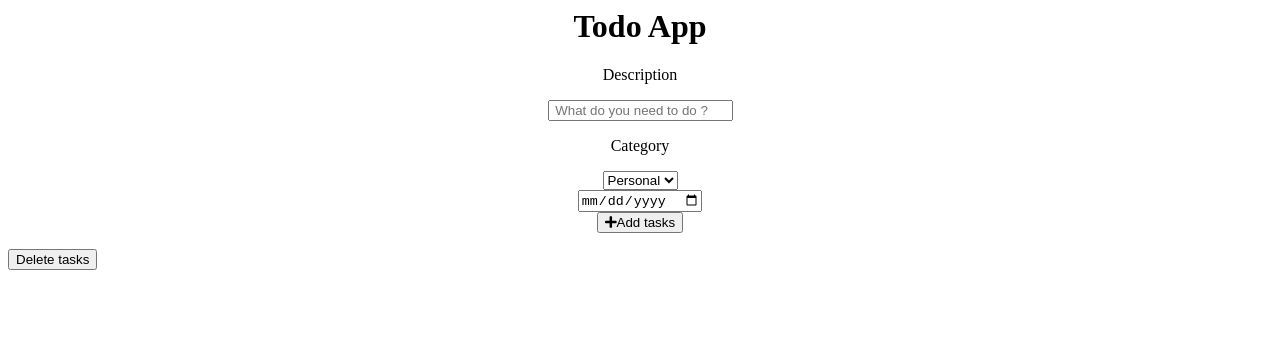
Repository: Sayan-100/Todo-List
Page: http://localhost/
An editor plug-in stored every save of this project. The page is shown before and after the next save, followed by the edit.
The browser window is 1280 px wide. The pictures show the whole page.
Some web libraries are served in a nearby version. The page is served by the project's Node server (index.js). Other server files are loaded and not shown. Queries for data that is not in the repository find no rows.

Above is the page before, as saved 2021-12-29 18:35:09.
Not found: js/home.js

### views/home.ejs
<html>

<head>
    <title>
        <%= title %>
    </title>

    <link rel="stylesheet" href="/css/style.css">
    <link rel="stylesheet" href="https://use.fontawesome.com/releases/v5.5.0/css/all.css" integrity="sha384-B4dIYHKNBt8Bc12p+WXckhzcICo0wtJAoU8YZTY5qE0Id1GSseTk6S+L3BlXeVIU" crossorigin="anonymous">

</head>

<body>

    <div class="container">
        <h1> Todo App </h1>
        <form id="create-todo" action="/create_todo" method="POST">
            <div class="description">
                <p>Description</p>
                <input type="text" name="Description" placeholder=" What do you need to do ?" required>
            </div>

            <div class="options">

                <div class="cat">
                    <p>Category</p>
                    <select name="Category" required>
                    <option>Personal</option>
                    <option>Work</option>
                    <option>Cleaning</option>
                    <option>School</option>
                    <option> others</option>
                    </select>
                </div>

                <div class="date">
                    <input type="date" id="birthday " name="DueDate">
                </div>
            </div>
            <button type="submit" form="create-todo"><i class="fas fa-plus"></i>Add tasks</button>

        </form>


        <button type="submit" form="delete-form">Delete tasks</button>

        <!-- form attribute is used to link the button with the form  by specifying the id -->

        <form id="delete-form" action="/delete-todo" method="POST">
            <ul>
                <% for(let i of todo_list) {%>
                    <li class="todo">
                        <input type="checkbox" name="<%=i._id%>" value="">
                        <!-- name attribute is used to take id of selected to do list from the from tag to the controller-->
                        <div class="details">
                            <p>
                                <%= i.Description %>
                            </p>
                            <p>
                                <button><%= i.Category %></button>
                            </p>

                            <p>

                                <%= i.DueDate  %>
                            </p>
                        </div>
                    </li>
                    <% } %>
            </ul>

        </form>
    </div>



    <script type="text/javascript" src="/js/home.js">
    </script>

</body>

</html>

### index.js
const express = require('express');
const path = require('path');
const port = 8000;

const db = require('./config/mongoose');
const to_do = require('./models/to-do');

const app = express();

app.set('view engine', 'ejs');
app.set('views', path.join(__dirname, 'views'));

app.use(express.urlencoded());
app.use(express.static('assests'));
app.get('/', function(req, res) {

    //res.send('<h1>cool it is running or is it ?</h1>')
    to_do.find({}, function(err, todos) {
        if (err) {
            console.log('Error in fetching todo from db');
            return;
        }

        return res.render('home', {
            title: "My todo List",
            todo_list: todos
        });
    });

});

app.post('/delete-todo', function(req, res) {
    let id = req.query.id;
    Object.keys(req.body).forEach(function(id) {
        to_do.findByIdAndDelete(id, function(err) {
            if (err) {
                console.log('Error in deleting a object form database');
                return;
            }
        });
        return res.redirect('back');
    })
});

//   to_do.findByIdAndDelete(id, function(err) {
//         if (err) {
//             console.log('Error in deleting a object form database');
//             return;
//         }

//         return res.redirect('back');
//})
app.post('/create_todo', function(req, res) {

    let date = "NO DEADLINE";
    console.log('**********', date);
    if (req.body.DueDate) {
        date = req.body.DueDate;
    }

    to_do.create({
        Description: req.body.Description,
        Category: req.body.Category,
        DueDate: date

    }, function(err, newTodo) {

        if (err) {
            console.log('Error in creating a todo');
            return;
        }

        console.log('**********', newTodo);
        return res.redirect('back');

    });
});


app.listen(port, function(err) {
    if (err) {
        console.log('Error in running server');
    }

    console.log('Yup! my server is running on port', port);
});

### assests/css/style.css
h1 {
    text-align: center;
}

form {
    text-align: center;
}

li {
    list-style: none;
}

input {
    display: inline-block;
}

After the next save:
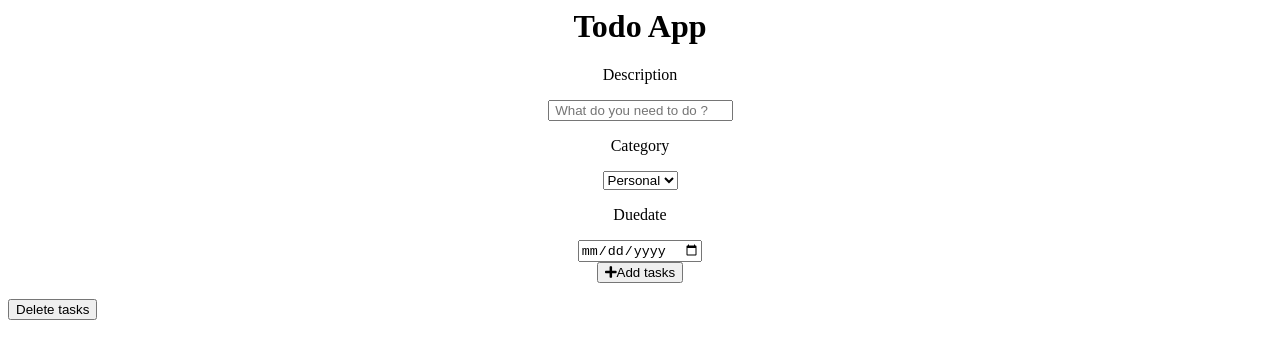
Saved 7 s later.
--- a/views/home.ejs
+++ b/views/home.ejs
@@ -34,6 +34,7 @@
                 </div>
 
                 <div class="date">
+                    <p>Duedate</p>
                     <input type="date" id="birthday " name="DueDate">
                 </div>
             </div>
